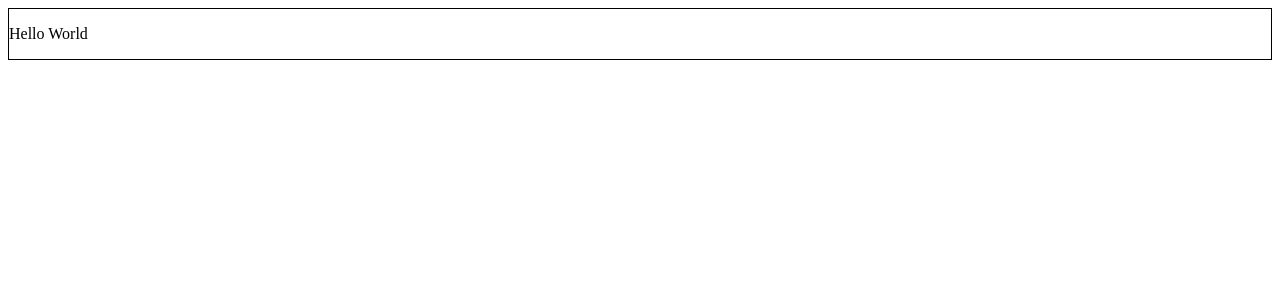
Repository: cedricRGT45/studentOclock
Page: S01-Ovitrine-J2-cedricRGT45/index.html
An editor plug-in stored every save of this project. The page is shown before and after the next save, followed by the edit.
The browser window is 1280 px wide. The pictures show the whole page.

Above is the page before, as saved 2024-03-27 21:29:43.

### S01-Ovitrine-J2-cedricRGT45/index.html
<!DOCTYPE html>
<html lang="en">

<head>
    <meta charset="UTF-8">
    <meta name="viewport" content="width=device-width, initial-scale=1.0">
    <script src="./script.js" defer></script>
    <title>Hello World</title>
</head>

<body>
</body>

</html>

### S01-Ovitrine-J2-cedricRGT45/script.js
const container = document.createElement("div")
container.style.border = "1px solid black"
container.style.width = "auto"
const helloWorld = document.createElement("p")
helloWorld.insertAdjacentText("beforeend", "Hello World")
container.appendChild(helloWorld)
document.body.append(container)

After the next save:
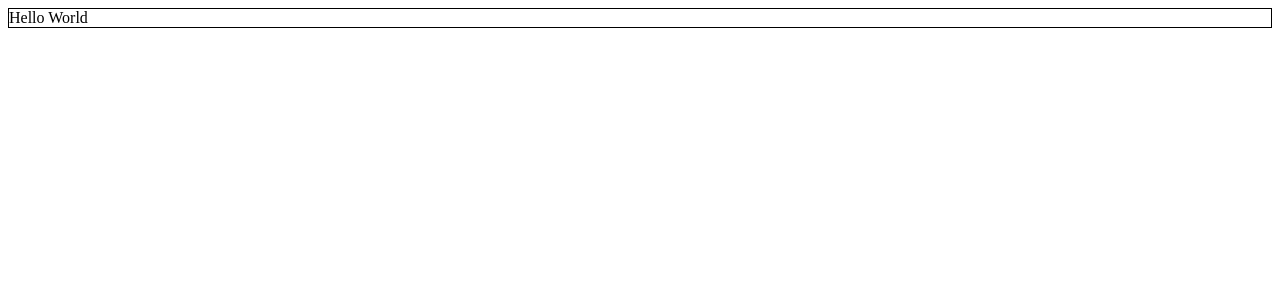
Saved 57 s later.
--- a/S01-Ovitrine-J2-cedricRGT45/script.js
+++ b/S01-Ovitrine-J2-cedricRGT45/script.js
@@ -1,7 +1,7 @@
 const container = document.createElement("div")
 container.style.border = "1px solid black"
-container.style.width = "auto"
 const helloWorld = document.createElement("p")
 helloWorld.insertAdjacentText("beforeend", "Hello World")
+helloWorld.style.margin = "auto"
 container.appendChild(helloWorld)
 document.body.append(container)
